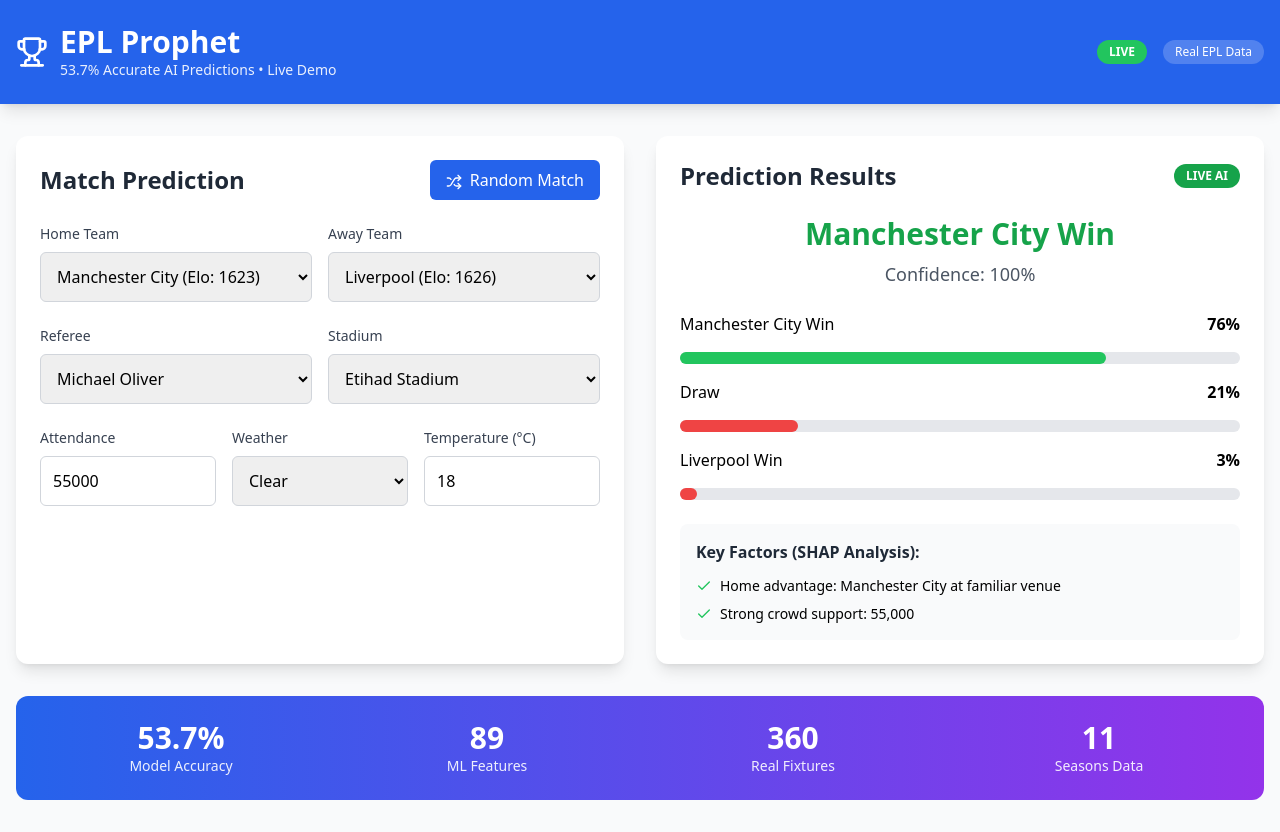
Repository: RCRRTOW3R2/EPL_PROPHET
Page: docs/showcase.html
These files come from the project's save history. The page is drawn as it stood at one moment and after the next save; the edit follows.
The browser window is 1280 px wide. The pictures show the whole page.
Some web libraries are served in a nearby version.

Above is the page before, as saved 2025-08-26 13:57:55.

After the next save:
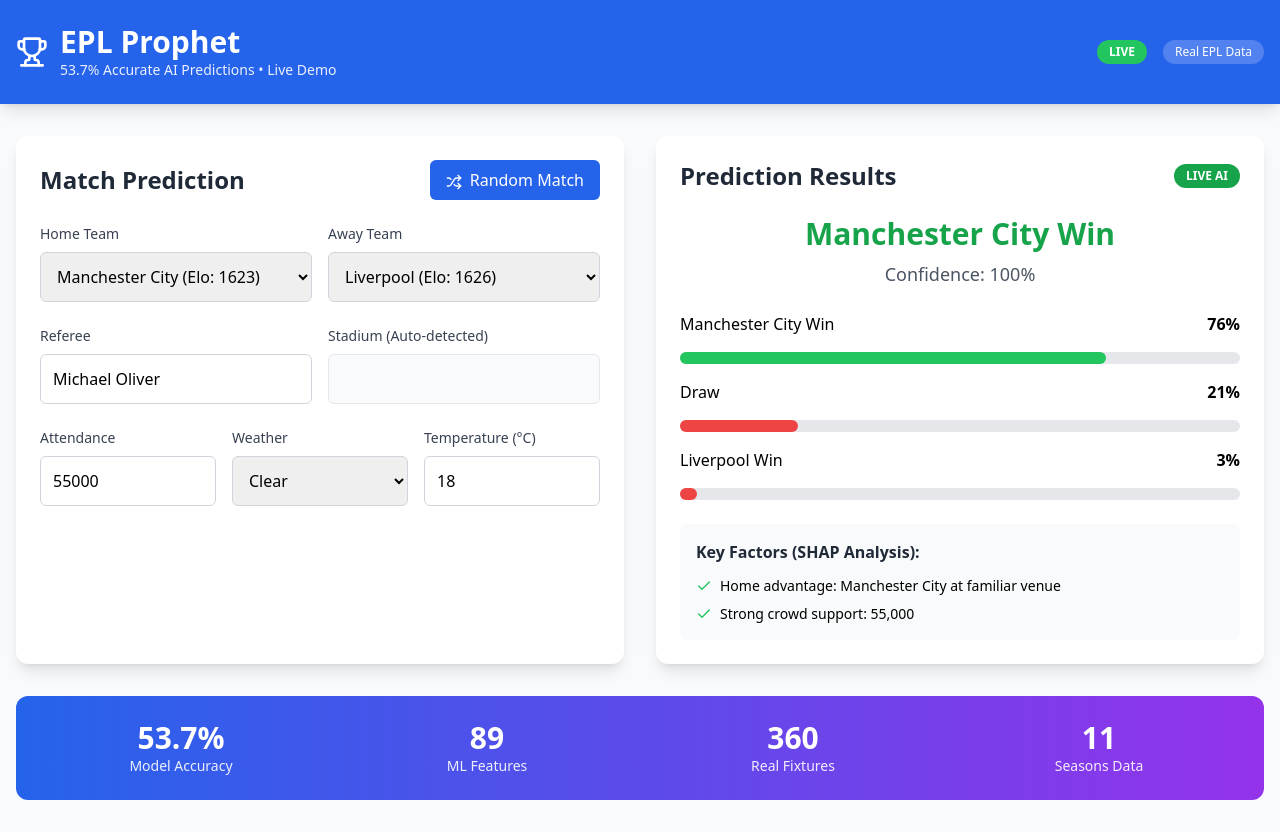
Saved 47 h 45 min later.
--- a/docs/showcase.html
+++ b/docs/showcase.html
@@ -99,28 +99,18 @@
                         </div>
                     </div>
 
-                    <!-- Additional Variables -->
+                    <!-- Match Officials & Location -->
                     <div class="grid grid-cols-2 gap-4">
                         <div>
                             <label class="block text-sm font-medium text-gray-700 mb-2">Referee</label>
-                            <select id="referee" onchange="updatePrediction()" class="w-full p-3 border border-gray-300 rounded-md">
-                                <option value="michael-oliver">Michael Oliver</option>
-                                <option value="anthony-taylor">Anthony Taylor</option>
-                                <option value="paul-tierney">Paul Tierney</option>
-                                <option value="martin-atkinson">Martin Atkinson</option>
-                                <option value="stuart-attwell">Stuart Attwell</option>
-                            </select>
-                        </div>
-                        <div>
-                            <label class="block text-sm font-medium text-gray-700 mb-2">Stadium</label>
-                            <select id="stadium" onchange="updatePrediction()" class="w-full p-3 border border-gray-300 rounded-md">
-                                <option value="etihad">Etihad Stadium</option>
-                                <option value="anfield">Anfield</option>
-                                <option value="emirates">Emirates Stadium</option>
-                                <option value="stamford-bridge">Stamford Bridge</option>
-                                <option value="old-trafford">Old Trafford</option>
-                                <option value="tottenham-stadium">Tottenham Hotspur Stadium</option>
-                            </select>
+                            <input type="text" id="referee" value="Michael Oliver" onchange="updatePrediction()"
+                                   placeholder="Enter referee name"
+                                   class="w-full p-3 border border-gray-300 rounded-md focus:ring-2 focus:ring-blue-500">
+                        </div>
+                        <div>
+                            <label class="block text-sm font-medium text-gray-700 mb-2">Stadium (Auto-detected)</label>
+                            <input type="text" id="stadium" readonly
+                                   class="w-full p-3 border border-gray-200 rounded-md bg-gray-50 text-gray-600 cursor-not-allowed">
                         </div>
                     </div>
 
